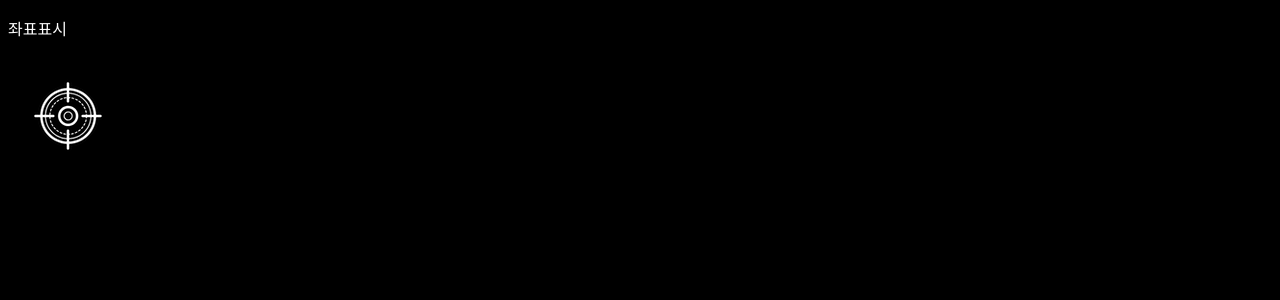
Repository: GoodHoneyCake/Dream_Coding_Academy5
Page: coordinates/index.html
These files come from the project's save history. The page is drawn as it stood at one moment and after the next save; the edit follows.
The browser window is 1280 px wide. The pictures show the whole page.

Above is the page before, as saved 2021-01-28 14:38:25.

After the next save:
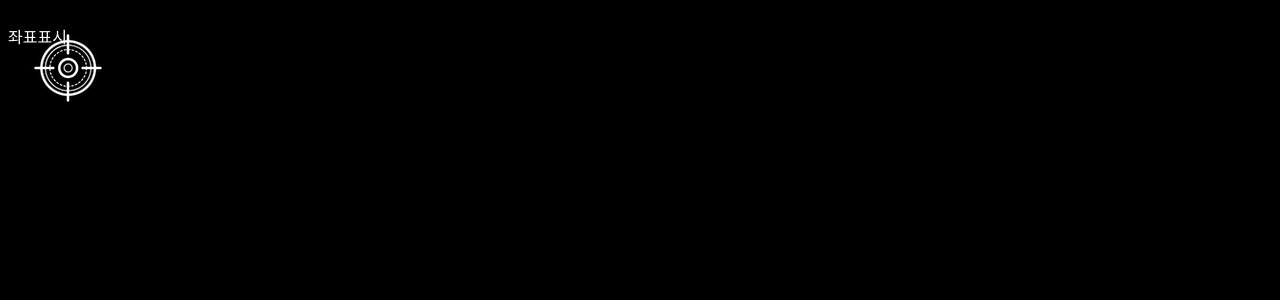
Saved 12 s later.
--- a/coordinates/style.css
+++ b/coordinates/style.css
@@ -4,5 +4,5 @@ body {
 }
 
 p {
-  width: 50%;
+  position: absolute;
 }
